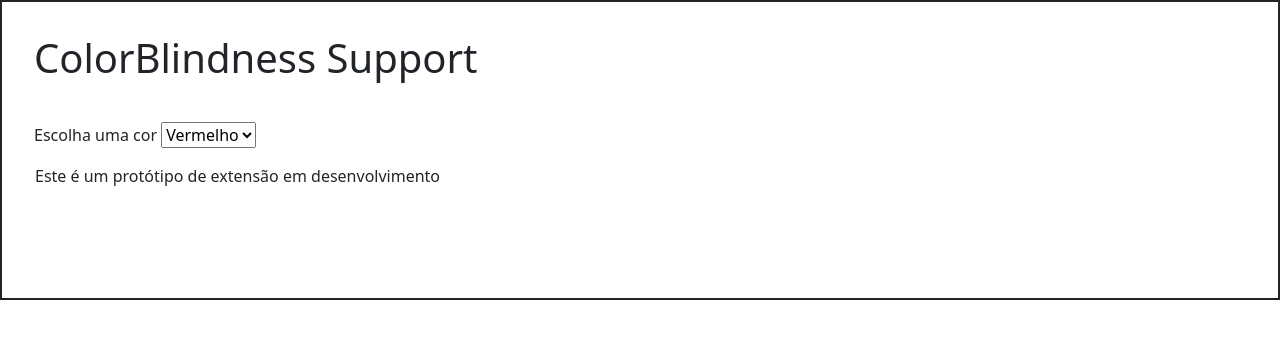
Repository: pedrosiqueira/daltonchrome
Page: popup.html
The author's editor kept a copy of each file at every save. The page is drawn from the files as they stood at one save, then again after the next save.
The browser window is 1280 px wide. The pictures show the whole page.

Above is the page before, as saved 2022-06-17 13:07:03.

After the next save:
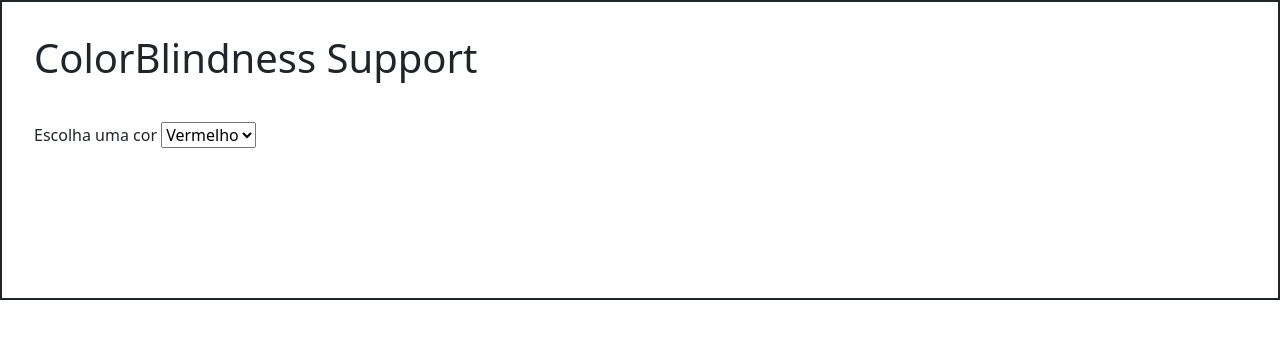
Saved 12 s later.
--- a/popup.html
+++ b/popup.html
@@ -36,7 +36,7 @@
         </select>
     </div>
 
-    <alert id="alert" class="alert alert">Este é um protótipo de extensão em desenvolvimento</alert>
+    <alert id="alert" class="alert alert fade">Este é um protótipo de extensão em desenvolvimento</alert>
 
     <script src="js/vendor/jquery-3.6.0.min.js"></script>
     <script src="js/vendor/bootstrap.bundle.min.js"></script>
